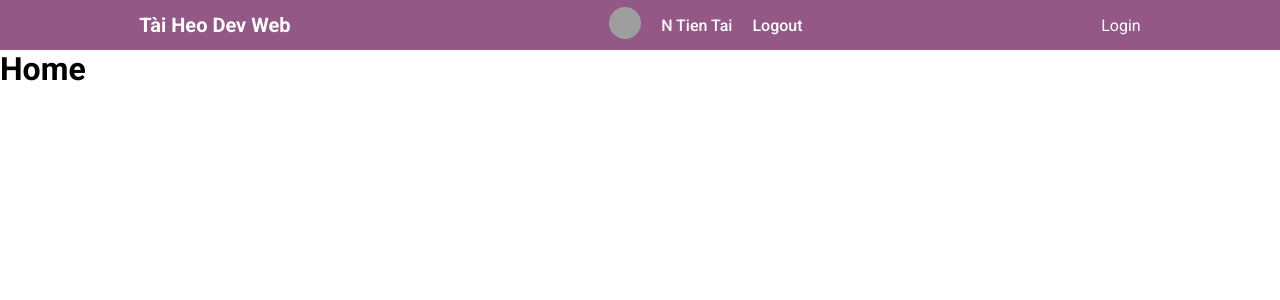
Repository: fdhhhdjd/Authentication-Google-FB-GitHub
Page: / (app in client/)
The author's editor kept a copy of each file at every save. The page is drawn from the files as they stood at one save, then again after the next save.
The browser window is 1280 px wide. The pictures show the whole page.
Pictures or frames that could not be fetched are drawn as grey boxes. The project was rebuilt for these pictures with package versions that can differ from the ones it lists, and the page was loaded fresh each time. Also part of the build but not shown: client/src/Pages/Login.js, client/src/Pages/Post.js.

Above is the page before, as saved 2021-12-28 09:24:13.

### client/public/index.html
<!DOCTYPE html>
<html lang="en">
  <head>
    <meta charset="utf-8" />
    <link rel="icon" href="%PUBLIC_URL%/favicon.ico" />
    <meta name="viewport" content="width=device-width, initial-scale=1" />
    <meta name="theme-color" content="#000000" />
    <meta
      name="description"
      content="Web site created using create-react-app"
    />
    <link rel="apple-touch-icon" href="%PUBLIC_URL%/logo192.png" />
    <link
      href="https://fonts.googleapis.com/css2?family=Roboto:wght@100;300;400;500;700;900&display=swap"
      rel="stylesheet"
    />
    <!--
      manifest.json provides metadata used when your web app is installed on a
      user's mobile device or desktop. See https://developers.google.com/web/fundamentals/web-app-manifest/
    -->
    <link rel="manifest" href="%PUBLIC_URL%/manifest.json" />
    <!--
      Notice the use of %PUBLIC_URL% in the tags above.
      It will be replaced with the URL of the `public` folder during the build.
      Only files inside the `public` folder can be referenced from the HTML.

      Unlike "/favicon.ico" or "favicon.ico", "%PUBLIC_URL%/favicon.ico" will
      work correctly both with client-side routing and a non-root public URL.
      Learn how to configure a non-root public URL by running `npm run build`.

    -->
    <style>
      * {
        margin: 0;
        font-family: "Roboto", sans-serif;
      }
    </style>
    <title>Authentication React</title>
  </head>
  <body>
    <noscript>You need to enable JavaScript to run this app.</noscript>
    <div id="root"></div>
    <!--
      This HTML file is a template.
      If you open it directly in the browser, you will see an empty page.

      You can add webfonts, meta tags, or analytics to this file.
      The build step will place the bundled scripts into the <body> tag.

      To begin the development, run `npm start` or `yarn start`.
      To create a production bundle, use `npm run build` or `yarn build`.
    -->
  </body>
</html>

### client/src/App.js
import logo from "./logo.svg";
import "./App.css";
import { BrowserRouter, Routes, Route, Navigate } from "react-router-dom";
import { Home, Navbar, Post, Login } from "./Imports/Index";
function App() {
  return (
    <BrowserRouter>
      <div>
        <Navbar />
        <Routes>
          <Route path="/" element={<Home />} />
          <Route
            path="/login"
            // element={user ? <Navigate to="/" /> : <Login />}
            element={<Login />}
          />
          <Route
            path="/post/:id"
            // element={user ? <Post /> : <Navigate to="/login" />}
            element={<Post />}
          />
        </Routes>
      </div>
    </BrowserRouter>
  );
}

export default App;

### client/src/App.css
.navbar {
  height: 50px;
  background-color: rgba(102, 16, 83, 0.698);
  color: white;
  display: flex;
  align-items: center;
  justify-content: space-around;
}

.logo {
  font-size: 20px;
  font-weight: bold;
}

.list {
  display: flex;
  align-items: center;
  list-style: none;
}

.listItem {
  margin-right: 20px;
  font-weight: 500;
  cursor: pointer;
}

.avatar {
  width: 32px;
  height: 32px;
  border-radius: 50%;
  object-fit: cover;
}

.home {
  display: flex;
  padding: 50px 100px;
  justify-content: space-between;
  flex-wrap: wrap;
}

.card {
  width: 30%;
  padding: 10px;
  border-radius: 20px;
  -webkit-box-shadow: 0px 5px 33px -21px rgba(66, 68, 90, 1);
  -moz-box-shadow: 0px 5px 33px -21px rgba(66, 68, 90, 1);
  box-shadow: 0px 5px 33px -21px rgba(66, 68, 90, 1);
}

.img {
  width: 100%;
  height: 200px;
  object-fit: cover;
  margin: 20px 0px;
}

.desc {
  color: #333;
  margin-bottom: 20px;
  line-height: 25px;
}

.cardButton {
  border: none;
  border-radius: 10px;
  background-color: rgba(53, 16, 102, 0.678);
  padding: 10px;
  color: white;
  font-weight: bold;
  cursor: pointer;
}

.post {
  display: flex;
  flex-direction: column;
  align-items: center;
}

.postImg {
  width: 100%;
  height: 300px;
  object-fit: cover;
  margin-bottom: 20px;
}

.postDesc {
  padding: 0 100px;
  font-size: 24px;
  font-weight: 300;
  color: gray;
  margin-top: 50px;
}

.postLongDesc {
  padding: 100px;
  padding-top: 50px;
  font-size: 18px;
  line-height: 24px;
}

.login {
  height: calc(100vh - 50px);
  display: flex;
  align-items: center;
  justify-content: center;
}

.wrapper {
  width: 60%;
  height: 75%;
  -webkit-box-shadow: 0px 5px 33px -21px rgba(66, 68, 90, 1);
  -moz-box-shadow: 0px 5px 33px -21px rgba(66, 68, 90, 1);
  box-shadow: 0px 5px 33px -21px rgba(66, 68, 90, 1);
  display: flex;
  align-items: center;
  border-radius: 20px;
}


.left,.right{
  flex: 1;
  display: flex;
  flex-direction: column;
  align-items: center;
}

.center{
  height: 100%;
  display: flex;
  align-items: center;
  justify-content: center;
  position: relative;
}

.or{
  border: 2px solid lightgray;
  border-radius: 50%;
  padding: 10px;
  color: gray;
  background-color: white;
  font-weight: bold;
}

.line{
  width: 0.5px;
  height: 70%;
  background-color: lightgray;
  position: absolute;
  top: 0;
  bottom: 0;
  left: 0;
  right: 0;
  margin: auto;
  z-index: -1;
}

.loginButton{
  width: 150px;
  padding: 15px 25px;
  border-radius: 5px;
  color: white;
  display: flex;
  align-items: center;
  font-weight: bold;
  margin-bottom: 20px;
  cursor: pointer;
}

.google{
  background-color: #df4930;
}
.facebook{
  background-color: #507cc0;
}
.github{
  background-color: black;
}

.icon{
  width: 20px;
  height: 20px;
  margin-right: 10px;
}

input{
  width: 200px;
  padding: 15px 20px;
  margin-bottom: 20px;
}

.submit{
  width: 200px;
  background-color: rgba(128, 0, 128, 0.671);
  color: white;
  font-weight: bold;
  border: none;
  padding: 15px 20px;
  border-radius: 5px;
}

.loginTitle{
  position: absolute;
  top: 150px;
  color:lightgray
}

.link{
  color: inherit;
  text-decoration: none;
}

@media screen and (max-width: 992px) {
  .card {
    width: 100%;
    margin-bottom: 50px;
  }

  .wrapper {
    width: 65%;
    height: 90%;
    flex-direction: column;
  }

  .loginTitle {
    display: none;
  }

  .center {
    width: 100%;
    position: relative;
  }

  .left {
    padding: 20px;
  }

  .right {
    padding: 20px;
  }

  .line {
    height: 0.5px;
    width: 300px;
  }
}

### client/src/Imports/Index.js
export { default as Navbar } from "../Components/Navbar";
export { default as Card } from "../Components/Card";
export { default as Home } from "../Pages/Home";
export { default as Login } from "../Pages/Login";
export { default as Post } from "../Pages/Post";

### client/src/Components/Navbar.js
import React from "react";
import { Link } from "react-router-dom";
const Navbar = () => {
  const handleLogout = () => {};
  return (
    <>
      <div className="navbar">
        <span className="logo">
          <Link className="link" to="/">
            Tài Heo Dev Web
          </Link>
        </span>

        <ul className="list">
          <li className="listItem">
            {/* <img src={user.photos[0].value} alt="" className="avatar" /> */}
            <img
              src="https://scontent.fsgn2-6.fna.fbcdn.net/v/t1.6435-1/c0.80.240.240a/p240x240/190801150_3047073538840591_1241117089856663372_n.jpg?_nc_cat=100&ccb=1-5&_nc_sid=7206a8&_nc_ohc=xnYWSqjvTl4AX9RY_UY&_nc_ht=scontent.fsgn2-6.fna&oh=00_AT-1E-96WzLB7pj7W7bDKwwLN7vtbE5gzAd_jzOv_Jfuyg&oe=61F16B9E"
              alt=""
              className="avatar"
            />
          </li>
          {/* <li className="listItem">{user.displayName}</li> */}
          <li className="listItem">N Tien Tai</li>
          <li className="listItem" onClick={handleLogout}>
            Logout
          </li>
        </ul>

        <Link className="link" to="login">
          Login
        </Link>
      </div>
    </>
  );
};

export default Navbar;

Loaded but not shown: client/src/index.js (common file); client/src/index.css (common file); client/src/reportWebVitals.js (common file); client/src/Pages/Home.js (common file); client/src/Components/Card.js (no stored copy; drawn as an empty file)

After the next save:
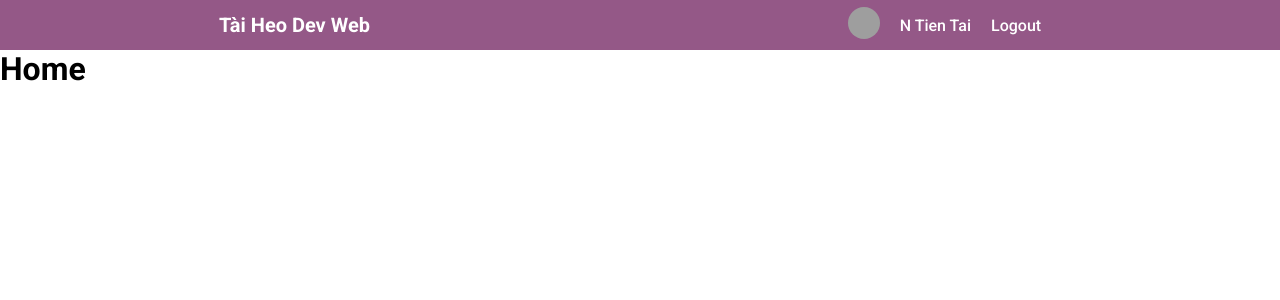
Saved 75 s later.
--- a/client/src/Components/Navbar.js
+++ b/client/src/Components/Navbar.js
@@ -27,9 +27,9 @@ const Navbar = () => {
           </li>
         </ul>
 
-        <Link className="link" to="login">
+        {/* <Link className="link" to="login">
           Login
-        </Link>
+        </Link> */}
       </div>
     </>
   );
